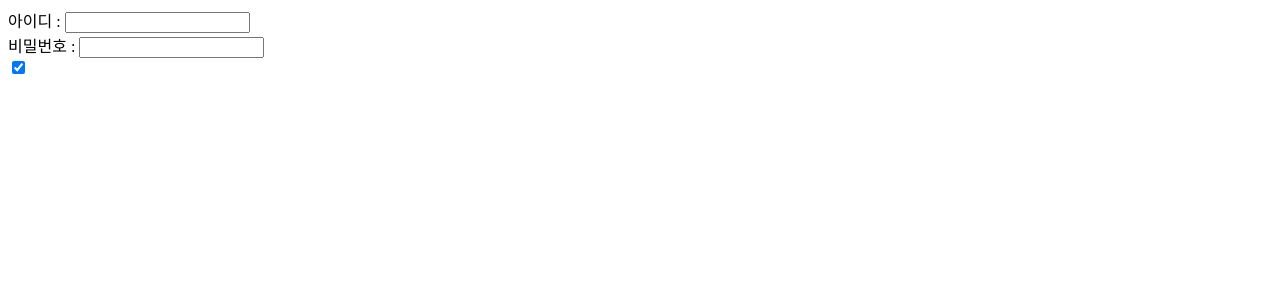
Repository: MyeongHyeonYoo/jsp_data
Page: pro06/src/main/webapp/input.html
These files come from the project's save history. The page is drawn as it stood at one moment and after a run of saves; the edit follows.
The browser window is 1280 px wide. The pictures show the whole page.

Above is the page before, as saved 2022-12-05 06:31:34.

### pro06/src/main/webapp/input.html
<!DOCTYPE html>
	<html>
	<head>
	<meta charset="UTF-8">
	<title>여러 가지 input 타입 표시 창</title>
	</head>
	<body>
		<form name="frmInput" action="input">
			아이디 : <input type="text" name="user_id"><br>
			비밀번호 : <input type="password" name="user_pw"><br>
			<input type="checkbox" name="subject" value="java" checked>
		</form>
	</body>
</html>

After the next 2 saves:
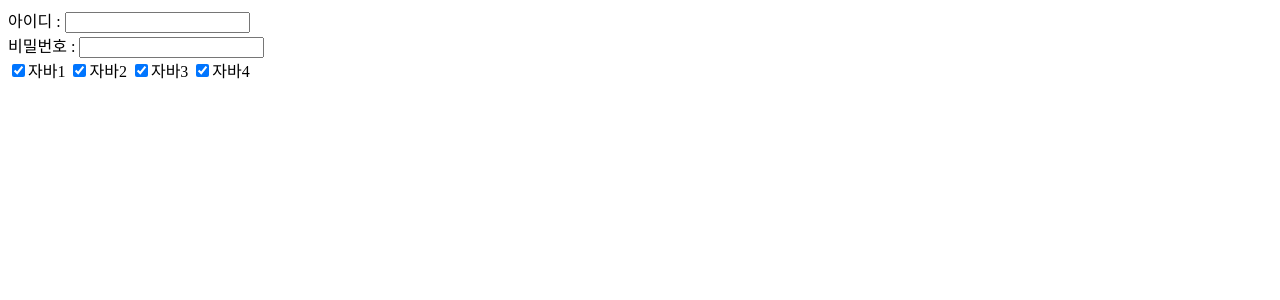
The 2 saves are shown as one change because they came seconds apart.
The last was saved 17 s later.
--- a/pro06/src/main/webapp/input.html
+++ b/pro06/src/main/webapp/input.html
@@ -8,7 +8,10 @@
 		<form name="frmInput" action="input">
 			아이디 : <input type="text" name="user_id"><br>
 			비밀번호 : <input type="password" name="user_pw"><br>
-			<input type="checkbox" name="subject" value="java" checked>
+			<input type="checkbox" name="subject" value="java" checked>자바1
+			<input type="checkbox" name="subject" value="java" checked>자바2
+			<input type="checkbox" name="subject" value="java" checked>자바3
+			<input type="checkbox" name="subject" value="java" checked>자바4
 		</form>
 	</body>
 </html>
